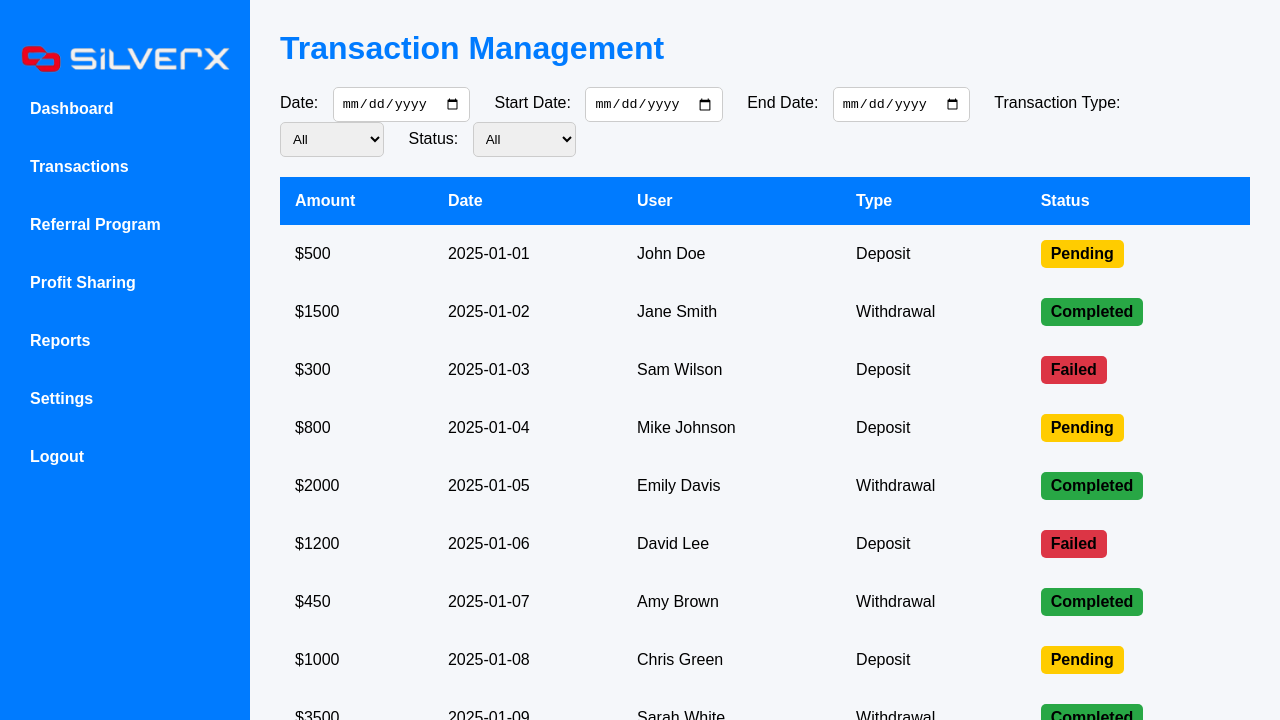
Repository: 2025silverx/slivedrX
Page: index2.html
An editor plug-in stored every save of this project. The page is shown before and after the next save, followed by the edit.
The browser window is 1280 px wide. The pictures show the whole page.
An inner scrolling area shows only its first screen.

Above is the page before, as saved 2025-01-19 20:58:14.

### index2.html
<!DOCTYPE html>
<html lang="en">
<head>
    <meta charset="UTF-8">
    <meta name="viewport" content="width=device-width, initial-scale=1.0">
    <title>Transaction Management - Admin Panel</title>
    <link rel="stylesheet" href="style2.css">
</head>
<body>
    <div id="sidebar-container">
        <div class="sidebar">
            <img src="images/logo.png" alt="Sidebar Logo" class="sidebar-logo">
            <ul class="sidebar-links">
                <li><a href="index.html" class="sidebar-link" data-target="dashboard">Dashboard</a></li>
                <li><a href="index2.html" class="sidebar-link" data-target="transactions">Transactions</a></li>
                <li><a href="indesx3.html" class="sidebar-link" data-target="reports">Referral Program</a></li>
                <li><a href="index4.html" class="sidebar-link" data-target="users">Profit Sharing</a></li>
                <li><a href="index5.html" class="sidebar-link" data-target="reports">Reports</a></li>
                <li><a href="setting.html" class="sidebar-link" data-target="settings">Settings</a></li>
                <li><a href="login.html" class="sidebar-link" data-target="logout">Logout</a></li>
            </ul>
        </div>
    </div>
    <div class="main-content">
        <h1>Transaction Management</h1>
        <div class="filters">
            <label>Date: </label>
            <input type="date" id="dateFilter">
            <label>Start Date: </label>
            <input type="date" id="startDateFilter">
            <label>End Date: </label>
            <input type="date" id="endDateFilter">
            <label>Transaction Type: </label>
            <select id="typeFilter">
                <option value="all">All</option>
                <option value="deposit">Deposit</option>
                <option value="withdrawal">Withdrawal</option>
            </select>
            <label>Status: </label>
            <select id="statusFilter">
                <option value="all">All</option>
                <option value="pending">Pending</option>
                <option value="completed">Completed</option>
                <option value="failed">Failed</option>
            </select>
        </div>

        <table>
            <thead>
                <tr>
                    <th>Amount</th>
                    <th>Date</th>
                    <th>User</th>
                    <th>Type</th>
                    <th>Status</th>
                </tr>
            </thead>
            <tbody id="transactionTable">
    <tr class="pending">
        <td>$500</td>
        <td>2025-01-01</td>
        <td>John Doe</td>
        <td>Deposit</td>
        <td><span class="status-label pending">Pending</span></td>
    </tr>
    <tr class="completed">
        <td>$1500</td>
        <td>2025-01-02</td>
        <td>Jane Smith</td>
        <td>Withdrawal</td>
        <td><span class="status-label completed">Completed</span></td>
    </tr>
    <tr class="failed">
        <td>$300</td>
        <td>2025-01-03</td>
        <td>Sam Wilson</td>
        <td>Deposit</td>
        <td><span class="status-label failed">Failed</span></td>
    </tr>
    <tr class="pending">
        <td>$800</td>
        <td>2025-01-04</td>
        <td>Mike Johnson</td>
        <td>Deposit</td>
        <td><span class="status-label pending">Pending</span></td>
    </tr>
    <tr class="completed">
        <td>$2000</td>
        <td>2025-01-05</td>
        <td>Emily Davis</td>
        <td>Withdrawal</td>
        <td><span class="status-label completed">Completed</span></td>
    </tr>
    <tr class="failed">
        <td>$1200</td>
        <td>2025-01-06</td>
        <td>David Lee</td>
        <td>Deposit</td>
        <td><span class="status-label failed">Failed</span></td>
    </tr>
    <tr class="completed">
        <td>$450</td>
        <td>2025-01-07</td>
        <td>Amy Brown</td>
        <td>Withdrawal</td>
        <td><span class="status-label completed">Completed</span></td>
    </tr>
    <tr class="pending">
        <td>$1000</td>
        <td>2025-01-08</td>
        <td>Chris Green</td>
        <td>Deposit</td>
        <td><span class="status-label pending">Pending</span></td>
    </tr>
    <tr class="completed">
        <td>$3500</td>
        <td>2025-01-09</td>
        <td>Sarah White</td>
        <td>Withdrawal</td>
        <td><span class="status-label completed">Completed</span></td>
    </tr>
    <tr class="failed">
        <td>$150</td>
        <td>2025-01-10</td>
        <td>Robert Black</td>
        <td>Deposit</td>
        <td><span class="status-label failed">Failed</span></td>
    </tr>
    <tr class="completed">
        <td>$5000</td>
        <td>2025-01-11</td>
        <td>Jessica Blue</td>
        <td>Withdrawal</td>
        <td><span class="status-label completed">Completed</span></td>
    </tr>
    <tr class="pending">
        <td>$250</td>
        <td>2025-01-12</td>
        <td>Matthew Gray</td>
        <td>Deposit</td>
        <td><span class="status-label pending">Pending</span></td>
    </tr>
    <tr class="failed">
        <td>$1800</td>
        <td>2025-01-13</td>
        <td>Olivia Red</td>
        <td>Withdrawal</td>
        <td><span class="status-label failed">Failed</span></td>
    </tr>
</tbody>

        </table>
    </div>

    <script src="script2.js"></script>
</body>
</html>

### style2.css
/* Reset some default styles */
* {
    margin: 0;
    padding: 0;
    box-sizing: border-box;
}

/* Body and container styles */
body {
    font-family: Arial, sans-serif;
    display: flex;
    height: 100vh;
    background-color: #f5f7fa;
}
/* Sidebar styles */
.sidebar {
    width: 250px;
    background-color: #007bff;
    color: white;
    padding: 20px;
    display: flex;
    flex-direction: column;
    position: sticky;
    top: 0;
    height: 100vh;
    /* Remove any margin or padding at the side */
    margin-right: 0;
}

/* Sidebar heading */
.sidebar h2 {
    margin-bottom: 20px;
    text-align: center;
}

/* Sidebar links */
.sidebar-links {
    list-style: none;
}

.sidebar-links li {
    margin-bottom: 20px; /* Increased margin for better spacing */
}

.sidebar-links a {
    text-decoration: none;
    color: white;
    font-weight: bold;
    display: block;
    padding: 10px;
    font-size: 16px;
    transition: color 0.3s ease;
}

.sidebar-links a:hover {
    color: #f0f0f0; /* Light gray on hover */
}

.sidebar-links a:active {
    color: #ff6347; /* Red color on click */
}
/* Main content area */
.main-content {
    flex: 1;
    padding: 30px;
    overflow-y: auto;
}

h1 {
    color: #007bff;
    margin-bottom: 20px;
}

/* Filters styles */
.filters {
    margin-bottom: 20px;
}

.filters label {
    margin-right: 10px;
}

.filters input,
.filters select {
    padding: 8px;
    margin-right: 20px;
    border-radius: 5px;
    border: 1px solid #ccc;
}

/* Table styles */
table {
    width: 100%;
    border-collapse: collapse;
    margin-top: 20px;
}

th, td {
    padding: 15px;
    text-align: left;
}

th {
    background-color: #007bff;
    color: white;
}

td {
    background-color: #f5f7fa;
}

td.pending {
    background-color: #fff3cd;
}

td.completed {
    background-color: #d4edda;
}

td.failed {
    background-color: #f8d7da;
}

/* Responsive styles */
@media (max-width: 768px) {
    .sidebar {
        width: 200px;
    }

    .main-content {
        padding: 20px;
    }

    table {
        font-size: 14px;
    }

    th, td {
        padding: 10px;
    }
}

@media (max-width: 480px) {
    .sidebar {
        width: 100%;
        position: static;
    }

    .main-content {
        margin-top: 20px;
    }

    table {
        font-size: 12px;
    }
}
/* Status label styling */
.status-label {
    display: inline-block;
    padding: 5px 10px;
    border-radius: 5px;
    font-weight: bold;
    text-transform: capitalize;
    color: #000000; /* Set text color to black */
}

.pending {
    background-color: #ffcc00; /* Yellow */
}

.completed {
    background-color: #28a745; /* Green */
}

.failed {
    background-color: #dc3545; /* Red */
}

### script2.js
// Function to apply the filters to the table rows
function filterTransactions() {
    const dateFilter = document.getElementById("dateFilter").value;
    const typeFilter = document.getElementById("typeFilter").value;
    const statusFilter = document.getElementById("statusFilter").value;
    const rows = document.querySelectorAll("#transactionTable tr");

    rows.forEach(row => {
        const date = row.cells[1].innerText;
        const type = row.cells[3].innerText.toLowerCase();
        const status = row.cells[4].innerText.toLowerCase();

        let isVisible = true;

        // Apply Date filter
        if (dateFilter && date !== dateFilter) {
            isVisible = false;
        }

        // Apply Type filter
        if (typeFilter !== "all" && type !== typeFilter) {
            isVisible = false;
        }

        // Apply Status filter
        if (statusFilter !== "all" && status !== statusFilter) {
            isVisible = false;
        }

        // Show or hide the row based on the filters
        if (isVisible) {
            row.style.display = "";
        } else {
            row.style.display = "none";
        }
    });
}

// Event listeners for filters
document.getElementById("dateFilter").addEventListener("input", filterTransactions);
document.getElementById("typeFilter").addEventListener("change", filterTransactions);
document.getElementById("statusFilter").addEventListener("change", filterTransactions);

// Initial call to filter transactions based on the current filter settings
filterTransactions();

After the next save:
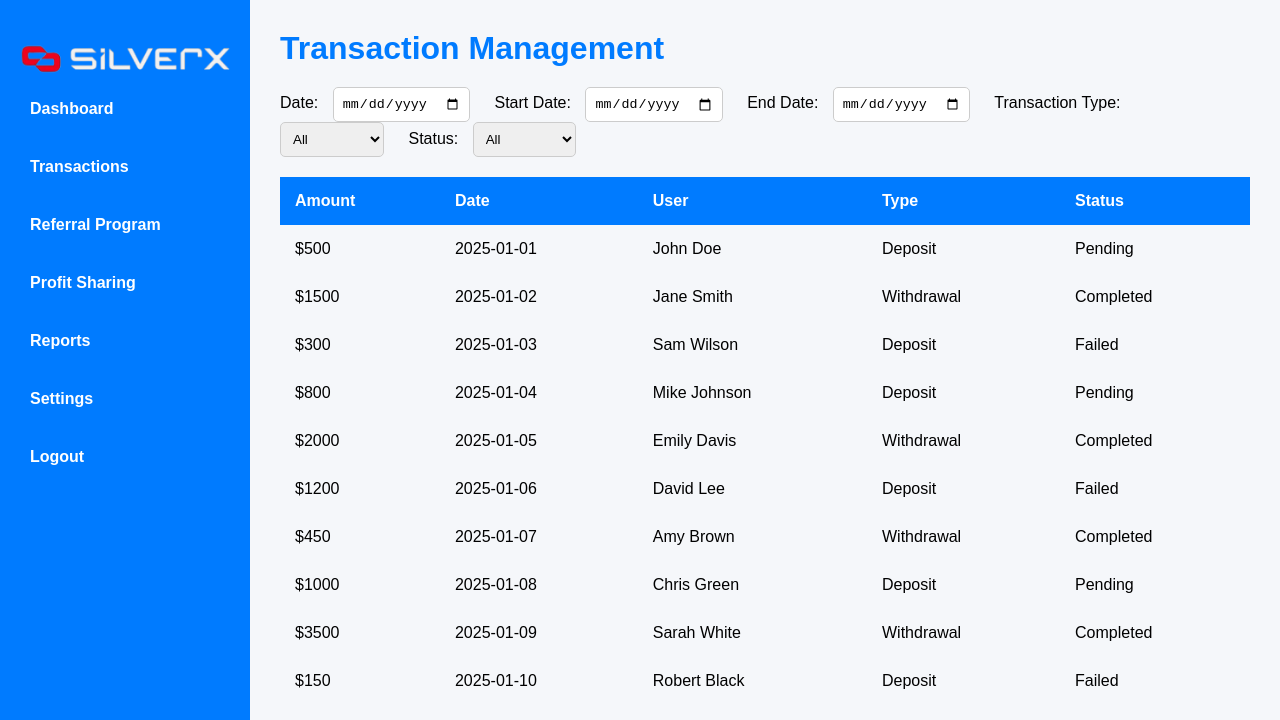
Saved 43 s later.
--- a/style2.css
+++ b/style2.css
@@ -154,24 +154,25 @@
         font-size: 12px;
     }
 }
-/* Status label styling */
-.status-label {
+/* Button styling */
+.button {
     display: inline-block;
-    padding: 5px 10px;
-    border-radius: 5px;
-    font-weight: bold;
-    text-transform: capitalize;
-    color: #000000; /* Set text color to black */
+    padding: 10px 20px; /* Adjust padding for size */
+    font-size: 16px; /* Set font size */
+    font-weight: bold; /* Bold text */
+    border-radius: 5px; /* Rounded corners */
+    text-align: center;
+    cursor: pointer; /* Pointer cursor on hover */
+    background-color: #007bff; /* Button color */
+    color: white; /* Text color */
+    text-decoration: none; /* Remove underline */
+    width: auto; /* Allow width to adjust based on padding */
 }
 
-.pending {
-    background-color: #ffcc00; /* Yellow */
+.button:hover {
+    background-color: #0056b3; /* Darker color on hover */
 }
 
-.completed {
-    background-color: #28a745; /* Green */
+.button:active {
+    background-color: #003f7f; /* Even darker color when active */
 }
-
-.failed {
-    background-color: #dc3545; /* Red */
-}

After the save that followed:
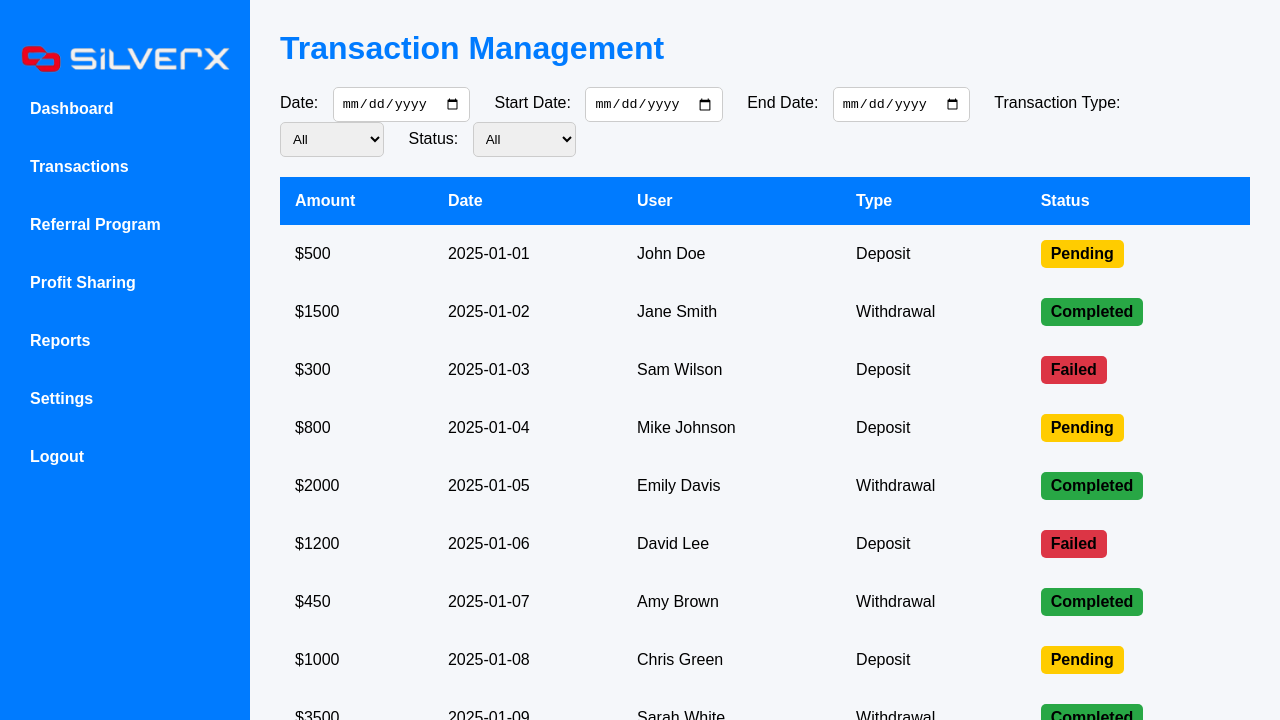
Saved 18 s later.
--- a/style2.css
+++ b/style2.css
@@ -154,25 +154,24 @@
         font-size: 12px;
     }
 }
-/* Button styling */
-.button {
+/* Status label styling */
+.status-label {
     display: inline-block;
-    padding: 10px 20px; /* Adjust padding for size */
-    font-size: 16px; /* Set font size */
-    font-weight: bold; /* Bold text */
-    border-radius: 5px; /* Rounded corners */
-    text-align: center;
-    cursor: pointer; /* Pointer cursor on hover */
-    background-color: #007bff; /* Button color */
-    color: white; /* Text color */
-    text-decoration: none; /* Remove underline */
-    width: auto; /* Allow width to adjust based on padding */
+    padding: 5px 10px;
+    border-radius: 5px;
+    font-weight: bold;
+    text-transform: capitalize;
+    color: #000000; /* Set text color to black */
 }
 
-.button:hover {
-    background-color: #0056b3; /* Darker color on hover */
+.pending {
+    background-color: #ffcc00; /* Yellow */
 }
 
-.button:active {
-    background-color: #003f7f; /* Even darker color when active */
+.completed {
+    background-color: #28a745; /* Green */
 }
+
+.failed {
+    background-color: #dc3545; /* Red */
+}
